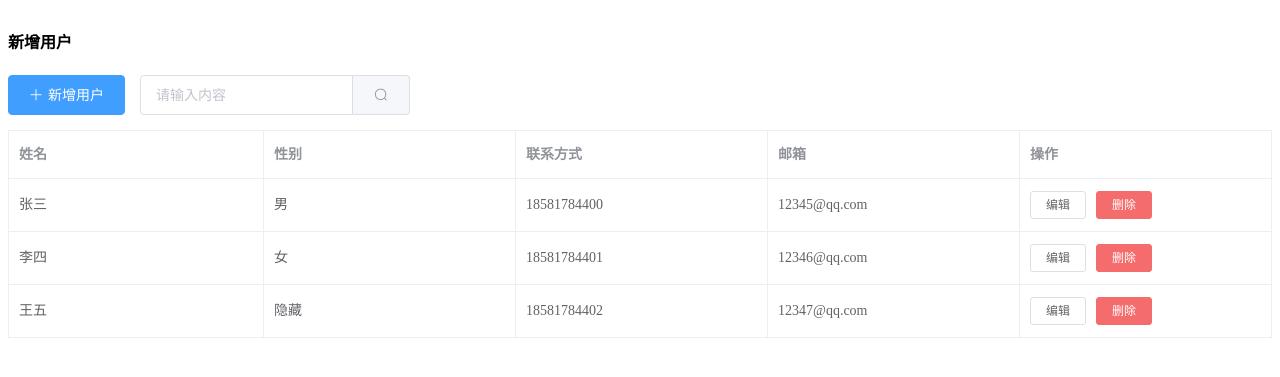
Repository: xinwuhao/New-user
Page: /
The author's editor kept a copy of each file at every save. The page is drawn from the files as they stood at one save, then again after a run of saves.
The browser window is 1280 px wide. The pictures show the whole page.
The project was rebuilt for these pictures with package versions that can differ from the ones it lists, and the page was loaded fresh each time.

Above is the page before, as saved 2021-12-21 17:02:38.

After the next 7 saves:
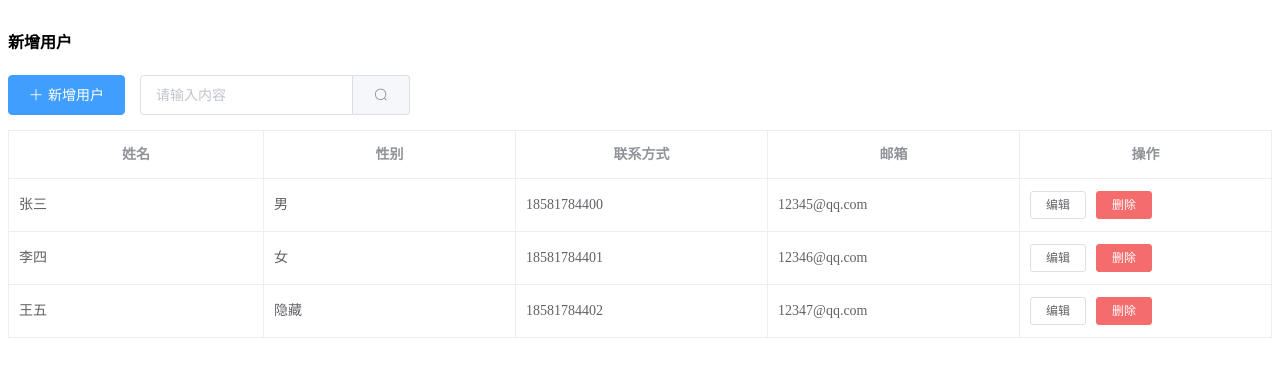
The 7 saves are shown as one change because they came seconds apart.
The last was saved 16 s later.
--- a/src/views/Home.vue
+++ b/src/views/Home.vue
@@ -25,12 +25,12 @@
       </div>
       <!-- 用户列表 -->
       <div>
-        <el-table :data="arr" border style="width: 100%" align='center'>
-          <el-table-column prop="name" label="姓名"> </el-table-column>
-          <el-table-column prop="sex" label="性别"> </el-table-column>
-          <el-table-column prop="contact" label="联系方式"> </el-table-column>
-          <el-table-column prop="mailbox" label="邮箱"> </el-table-column>
-          <el-table-column label="操作">
+        <el-table :data="arr" border style="width: 100%" >
+          <el-table-column prop="name" label="姓名" header-align='center'> </el-table-column>
+          <el-table-column prop="sex" label="性别" header-align='center'> </el-table-column>
+          <el-table-column prop="contact" label="联系方式" header-align='center'> </el-table-column>
+          <el-table-column prop="mailbox" label="邮箱" header-align='center'> </el-table-column>
+          <el-table-column label="操作" header-align='center'>
             <template slot-scope="scope">
               <el-button size="mini" @click="Edit(scope.$index, scope.row)"
                 >编辑</el-button
